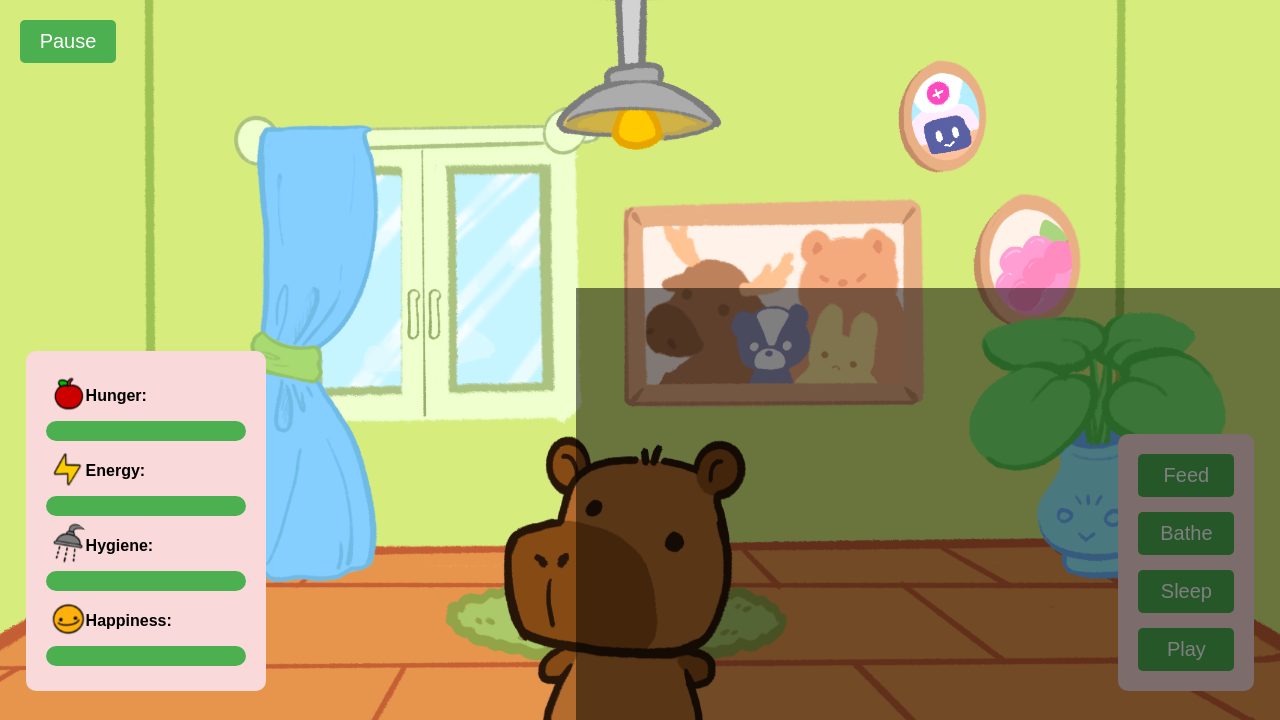
Repository: sarahjx/CapyCare
Page: html/index.html
The author's editor kept a copy of each file at every save. The page is drawn from the files as they stood at one save, then again after the next save.
The browser window is 1280 px wide. The pictures show the whole page.
Some web fonts or font styles are not loaded; a fallback is used.

Above is the page before, as saved 2025-05-01 14:49:25.
Console error: TypeError: Cannot set properties of null (setting 'innerText')

After the next save:
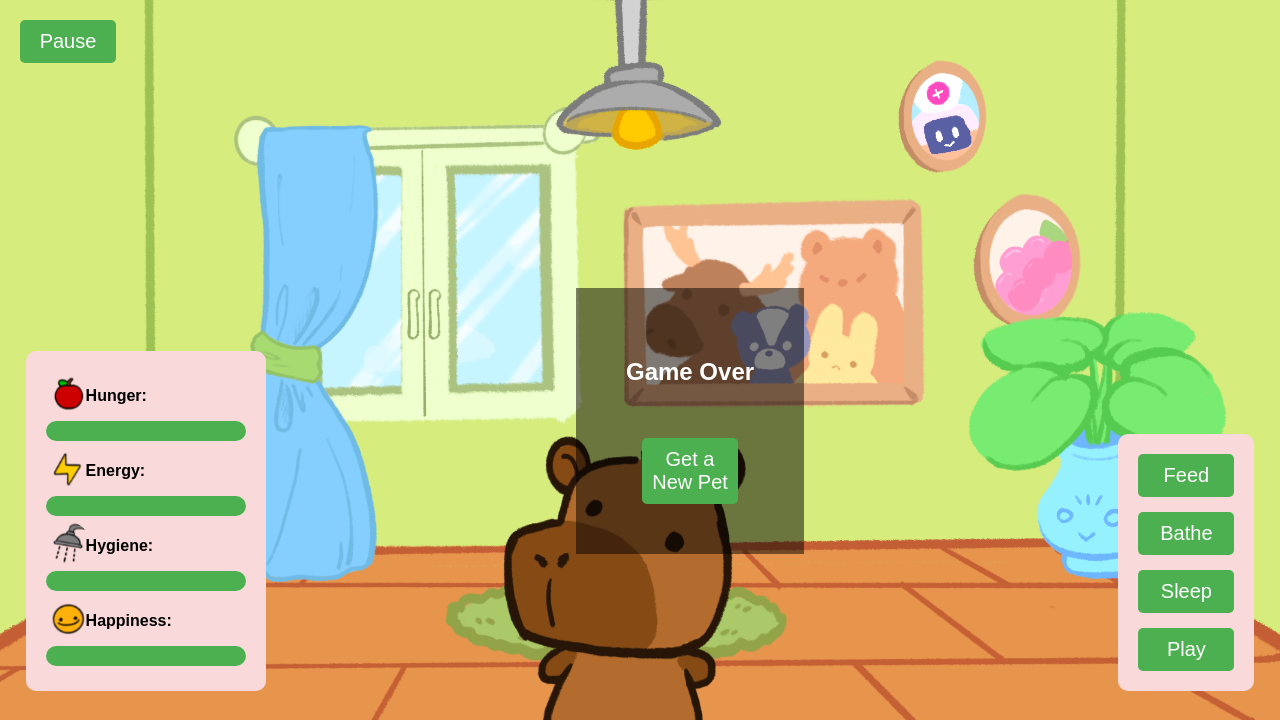
Saved 4 s later.
--- a/css/statusbar.css
+++ b/css/statusbar.css
@@ -176,7 +176,7 @@ button:hover {
   align-items: center;
   left: 45%;
   top: 40%;
-  padding: 500px;
+  padding: 50px;
   margin: 0;
   background-color: rgba(0, 0, 0, 0.5);
   color: white;
